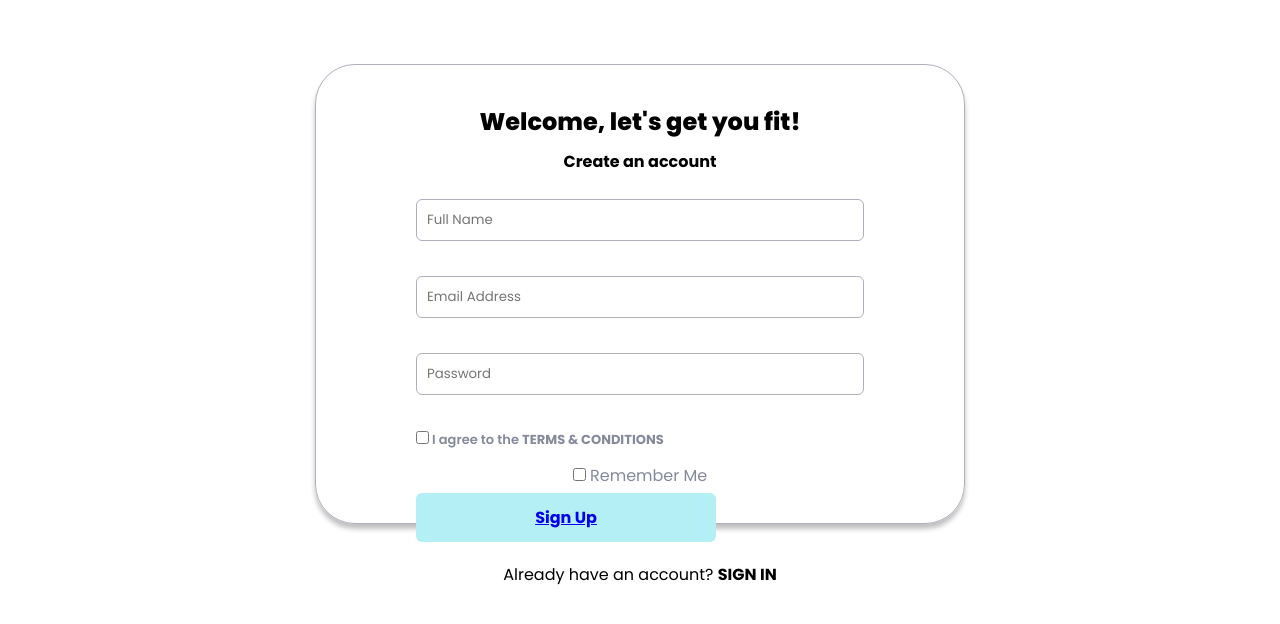
Repository: Rellzcodez/Group1-Team8
Page: pages/signup.html
The author's editor kept a copy of each file at every save. The page is drawn from the files as they stood at one save, then again after the next save.
The browser window is 1280 px wide. The pictures show the whole page.

Above is the page before, as saved 2022-09-12 13:46:14.

After the next save:
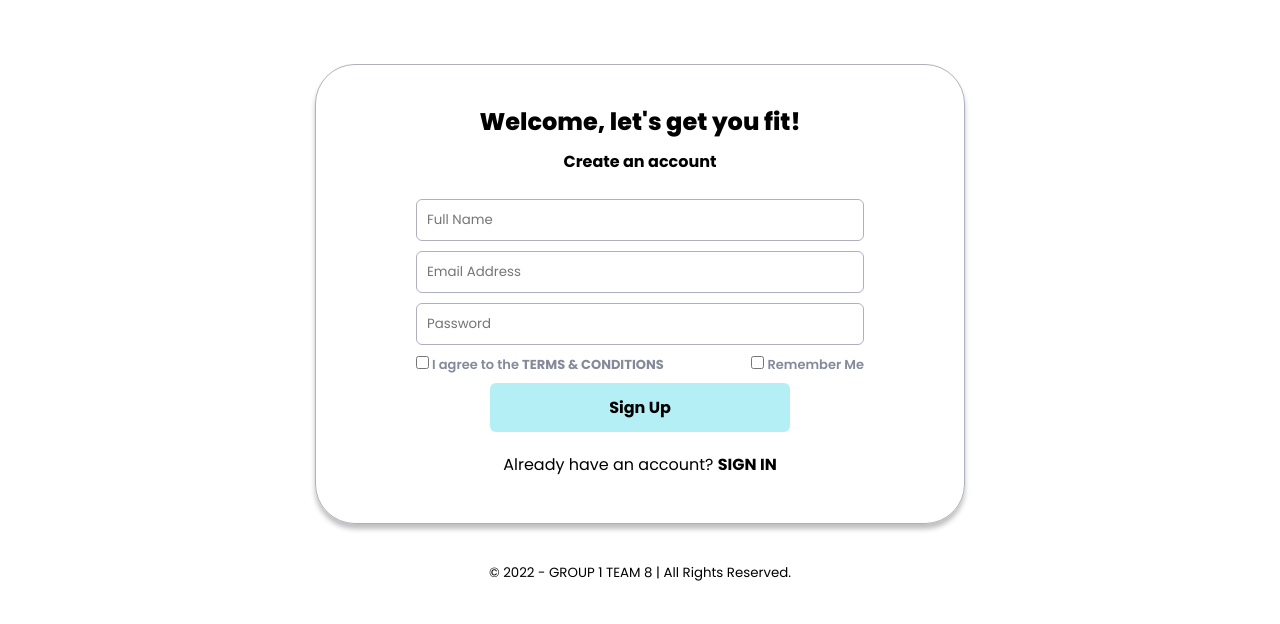
Saved 115 s later.
--- a/pages/signup.html
+++ b/pages/signup.html
@@ -15,46 +15,39 @@
 
         <div class="form-container">
             <div class="form-container-desc">
-
                 <h1>Welcome, let's get you fit!</h1>
                 <p><b>Create an account</b></p>
             </div>
             <form>
-            <div>
-                <input type="text" placeholder="Full Name" id="fullname">
-            </div> <br>
-
-            <div>
-                <input type="email" placeholder="Email Address" id="emailAddress">
-            </div> <br>
-
-            <div>
-                <input type="password" placeholder="Password" id="password">
-            </div> <br>
-
-
+                <div >
+                    <input type="text" placeholder="Full Name" id="fullname">
+                </div>
+                <div>
+                    <input type="email" placeholder="Email Address" id="emailAddress">
+                </div>
+                <div>
+                    <input type="password" placeholder="Password" id="password">
+                </div>
 
                 <div class="terms">
+                    <label class="checkbox_label" for="terms">
+                        <input type="checkbox" id="terms" name="terms">
+                     I agree to the <b>TERMS & CONDITIONS</b>
+                    </label>
+                    <label class="checkbox_label" for="remember_me">
+                        <input type="checkbox" id="remember_me" name="terms"> Remember Me</label>
+                </div>
 
-                        <label class="checkbox_label" for="terms">
-                        <input type="checkbox" id="terms" name="terms">
-                     I agree to the <b>TERMS & CONDITIONS</b></label>
-                </div>
-                <div class="remember">
-                        <label class="checkbox_label" for="remember_me">   <input type="checkbox" id="remember_me" name="terms"> Remember Me
-                      </div>
-                        </strong></label>
+                <a href="#"><button type="submit" class="signup"><b>Sign Up</b></button></a>
 
-
-            <div class="signup">
-                <a href="/index.html" class="sign"> <b> Sign Up </b> </a>
-            </div>
-
-            <p  class="cta">Already have an account? <a class="a" href="/pages/signin.html"> <b> SIGN IN </b> </a> </p>
+            <p  class="cta">Already have an account? <a class="a" href="signin.html"><b>SIGN IN</b></a> </p>
 
             </form>
         </div>
 
+        <footer>
+            <small class="footer-small">&copy; 2022 - GROUP 1 TEAM 8 | All Rights Reserved.</small>
+        </footer>
     </body>
 
 </html>
